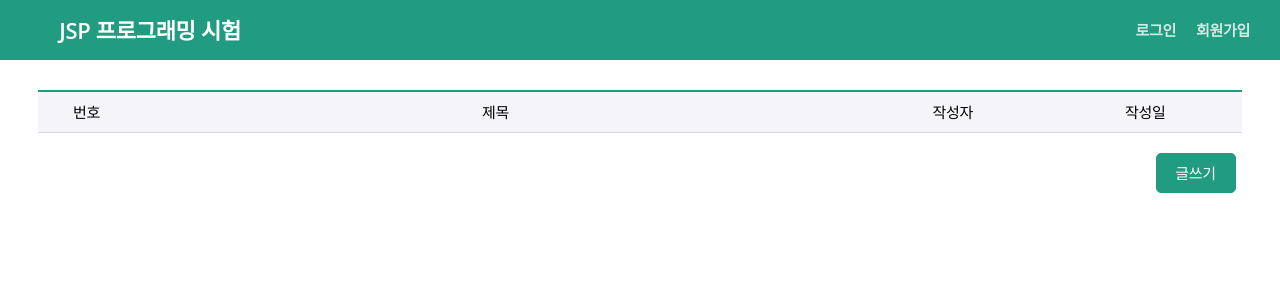
Repository: yujin149/noticeJSP
Page: http://localhost/BBS/bbs.jsp
These files come from the project's save history. The page is drawn as it stood at one moment and after the next save; the edit follows.
The browser window is 1280 px wide. The pictures show the whole page.
Some web libraries are served in a nearby version. The page is served by Tomcat 9. Queries for data that is not in the repository find no rows.

Above is the page before, as saved 2024-11-29 06:21:08.

After the next save:
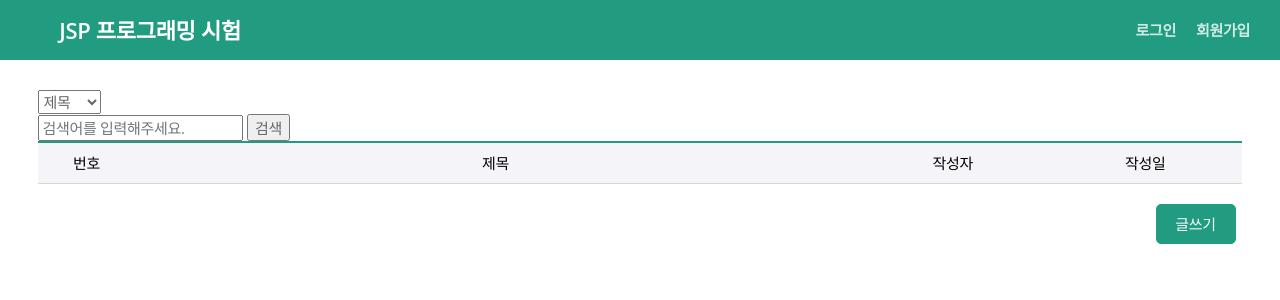
Saved 6 s later.
--- a/BBS/src/main/webapp/bbs.jsp
+++ b/BBS/src/main/webapp/bbs.jsp
@@ -53,6 +53,19 @@
 		</nav>
 
 		<div class="container">
+
+			<div class="searchWrap">
+				<form action="searchAction.jsp" method="get">
+					<select name="searchField">
+						<option value="bbsTitle">제목</option>
+						<option value="userID">작성자</option>
+					</select>
+					<div class="search">
+						<input type="text" name="searchText" placeholder="검색어를 입력해주세요.">
+						<button type="submit" class="btn">검색</button>
+					</div>
+				</form>
+			</div>
 			<div class="tableWrap">
 				<table>
 					<colgroup>
